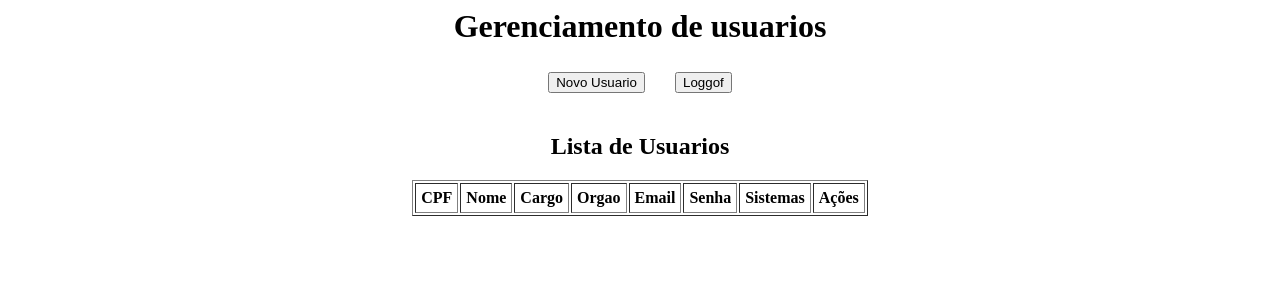
Repository: MarceloLopes22/DesafioInvia
Page: http://localhost/desafioInvia/usuarios.jsp
The author's editor kept a copy of each file at every save. The page is drawn from the files as they stood at one save, then again after the next save.
The browser window is 1280 px wide. The pictures show the whole page.
Some web libraries are served in a nearby version. The page is served by Tomcat 9. Other server files are loaded and not shown. The template is opened directly, without the code that normally fills it, so the values that code supplies are empty.

Above is the page before, as saved 2020-03-31 04:00:36.

### workspace/desafioInvia/src/main/webapp/usuarios.jsp
<%@ page language="java" contentType="text/html; charset=UTF-8" pageEncoding="UTF-8"%>
<%@ taglib uri="http://java.sun.com/jsp/jstl/core" prefix="c"%>
<html>
<head>
<script	src="//ajax.googleapis.com/ajax/libs/jquery/1.11.0/jquery.min.js"></script>
<meta charset="utf-8">
<script type="text/javascript" src="usuario.js"></script>
<title>Lista de Usuarios</title>
</head>
<body>
	<div id="formLista">
		<form>
			<div align="center">
				<h1>Gerenciamento de usuarios</h1>
				<h2>
					<button id="novo" name="novo" onclick="novo()">Novo Usuario</button>&nbsp;&nbsp;&nbsp;&nbsp;
					<button type="submit" id="loggof" name="loggof" onclick="loggof()">Loggof</button>
				</h2>
			</div>
			<div align="center">
				<table border="1" cellpadding="5">
					<caption>
						<h2>Lista de Usuarios</h2>
					</caption>
					<tr>
						<th>CPF</th>
						<th>Nome</th>
						<th>Cargo</th>
						<th>Orgao</th>
						<th>Email</th>
						<th>Senha</th>
						<th>Sistemas</th>
						<th>Ações</th>
					</tr>
					<c:forEach var="u" items="${usuarios}">
						<tr>
							<td>
								<c:out value="${u.cpf}" />
							</td>
							<td><c:out value="${u.nome}" /></td>
							<td><c:out value="${u.cargo.descricao}" /></td>
							<td><c:out value="${u.orgao.nome}" /></td>
							<td><c:out value="${u.email}" /></td>
							<td><c:out value="${u.senha}" /></td>
							<td>
						        <c:forEach var="i" items= "${u.sistemas}">
						            <c:out value="${i.nome}"> &nbsp;&nbsp;</c:out>
						        </c:forEach>
					        </td>
							<td>
								<button id="alterar" name="alterar" onclick="alterar(${u.cpf})">Editar</button>&nbsp;&nbsp;&nbsp;&nbsp;
								<button id="deletar" name="deletar" onclick="apagar(${u.cpf})">Apagar</button>
							</td>
						</tr>
					</c:forEach>
				</table>
			</div>
		</form>
	</div>
</body>
</html>
<!--
<html><!-- <input type="submit" name="delete" formmethod="DELETE" formaction="request.getContextPath()/UsuarioViewServelet?cpf=${u.cpf}/>" value="Apagar"/>
<head>
<title>Lista de Usuarios</title>
</head>
<body>
	<div id="formLista">
		<form>
			<div align="center">
				<h1>Gerenciamento de usuarios</h1>
				<h2>
					<button type="submit" onclick="novo()">Novo Usuario</button> &nbsp;&nbsp;&nbsp;
					<button type="submit" onclick="listar()">Lista de Usuarios</button>
				</h2>
			</div>
			<div align="center">
				<table border="1" cellpadding="5">
					<caption>
						<h2>Lista de Usuarios</h2>
					</caption>
					<tr>
						<th>CPF</th>
						<th>Nome</th>
						<th>Cargo</th>
						<th>Orgao</th>
						<th>Email</th>
						<th>Senha</th>
						<th>Sistemas</th>
						<th>Ações</th>
					</tr>
					<c:forEach var="u" items="${usuarios}">
						<tr>
							<td>
								<c:out value="${u.cpf}" />
							</td>
							<td><c:out value="${u.nome}" /></td>
							<td><c:out value="${u.cargo.descricao}" /></td>
							<td><c:out value="${u.orgao.nome}" /></td>
							<td><c:out value="${u.email}" /></td>
							<td><c:out value="${u.senha}" /></td>
							<td>
						        <c:forEach var="i" items= "${u.sistemas}">
						            <c:out value="${i.nome}"> &nbsp;&nbsp;</c:out>
						        </c:forEach>
					        </td>
							<td>
								<button type="submit" id="editar" name="editar" onclick="editar(${u.cpf.toString()})">Editar</button>&nbsp;&nbsp;&nbsp;&nbsp;
								<button type="submit" id="deletar" name="deletar" onclick="apagar(${u.cpf.toString()})">Apagar</button>
							</td>
						</tr>
					</c:forEach>
				</table>
			</div>
		</form>
	</div>
</body>
</html> -->

<!-- <div id="formLista">
		<form>
			<div align="center">
				<h1>Gerenciamento de usuarios</h1>
				<h2>
					<input type="submit" name="novo" formmethod="get" formaction="request.getContextPath()%>/UsuarioViewServelet?listar=${false}" value="Novo Usuario"/>&nbsp;&nbsp;&nbsp;
					<input type="submit" name="listar" formmethod="get" formaction="request.getContextPath()%>/UsuarioViewServelet?listar=${true}" value="Lista de Usuarios">
				</h2>
			</div>
			<div align="center">
				<table border="1" cellpadding="5">
					<caption>
						<h2>Lista de Usuarios</h2>
					</caption>
					<tr>
						<th>CPF</th>
						<th>Nome</th>
						<th>Cargo</th>
						<th>Orgao</th>
						<th>Email</th>
						<th>Senha</th>
						<th>Sistemas</th>
						<th>Ações</th>
					</tr>
					<c:forEach var="u" items="${usuarios}" varStatus="e">
						<tr>
							<input type="hidden" id="posicao" name="posicao" value="${e.index}"/>

							<td>
								<span id="cpf" name="cpf"><c:out value="${u.cpf}" /></span>
							</td>
							<td>
								<span id="nome" name="nome"><c:out value="${u.nome}" /></span>
							</td>

							<td>
								<span id="descricao" name="descricao"><c:out value="${u.cargo.descricao}" /></span>
							</td>

							<td>
								<span id="nomeOrgao" name="nomeOrgao"><c:out value="${u.orgao.nome}" /></span>
							</td>

							<td>
								<span id="email" name="email"><c:out value="${u.email}" /></span>
							</td>

							<td>
								<span id="senha" name="senha"><c:out value="${u.senha}" /></span>
							</td>

							<td>
						        <c:forEach var="i" items= "${u.sistemas}">
						            <span id="nomeSistema" name="nomeSistema"><c:out value="${i.nome}"> &nbsp;&nbsp;</c:out></span>
						        </c:forEach>
					        </td>
							<td>
								<input type="submit" name="editar" formmethod="PUT" formaction="request.getContextPath()%>/UsuarioViewServelet?cpf=${u.cpf}" value="Editar"/>&nbsp;&nbsp;&nbsp;&nbsp;
								<input type="submit" name="editar" formmethod="DELETE" formaction="request.getContextPath()%>/UsuarioViewServelet?cpf=${u.cpf}&acao=deletar" value="Editar"/>&nbsp;&nbsp;&nbsp;&nbsp;
							</td>
						</tr>
					</c:forEach>
				</table>
			</div>
		</form>

	</div> -->

### workspace/desafioInvia/src/main/webapp/usuario.js
const URL_LOGIN = 'http://localhost:8080/desafioInvia/LoginViewServlet';
const URL_USUARIO = 'http://localhost:8080/desafioInvia/UsuarioViewServelet';

function login(){
	jQuery.ajax({
		type: "POST",
		async: false,
		url: URL_LOGIN,
		data:  {
			"email" : document.getElementById("email").value,
			"senha" : document.getElementById("senha").value
		},
		success: function (dados) {
			var formLista = document.getElementById("formLogin");
			formLista.innerHTML = dados;
		},
		error: function (err){
			alert(err.responseText);
		}
	});
}

function novo(){
	jQuery.ajax({
		type: "GET",
		async: false,
		url: URL_USUARIO,
		data:  {
			"acao" : "acessarPagIncluir"
		},
		success: function (dados) {
			var formLista = document.getElementById("formLista");
			formLista.innerHTML = dados;
		},
		error: function (err){
			alert(err.responseText);
		}
	});
}

function alterar(cpf){
	jQuery.ajax({
		type: "GET",
		async: false,
		url: URL_USUARIO,
		data:  {
			"acao": "acessarPagAlterar",
			"cpf" : cpf
		},
		success: function (dados) {
			var formLista = document.getElementById("formLista");
			formLista.innerHTML = dados;
		},
		error: function (err){
			alert(err.responseText);
		}
	});
}

function incluir(){

	//var sistemas = $('#sistemas').val();

	var selecionados = document.getElementById("sistemas").selectedOptions
	var valores = [];
	for(i = 0; i < selecionados.length; i++){
		valores.push(selecionados[i].value);
	}

	//var valores = selecionados.map(i --> i.value);
	//var optsArray = Array.prototype.slice.call(selecionados);
	jQuery.ajax({
		type: "POST",
		async: false,
		url: URL_USUARIO,
		data:  {
			"acao" : "incluir",
			"cpf" : document.getElementById("cpf").value,
			"nome" : document.getElementById("nome").value,
			"email" : document.getElementById("email").value,
			"senha" : document.getElementById("senha").value,
			"cargo" : document.getElementById("cargo").value,
			"orgao" : document.getElementById("orgao").value,
			valores : valores
		},
		success: function (dados) {
			var formLista = document.getElementById("formLista");
			formLista.innerHTML = dados;
		},
		error: function (err){
			alert(err.responseText);
		}
	});
}

function loggof(){
	jQuery.ajax({
		type: "PUT",
		async: false,
		url: URL_LOGIN,
		success: function (dados) {
			var formLista = document.getElementById("formLista");
			formLista.innerHTML = dados;
		},
		error: function (err){
			alert(err.responseText);
		}
	});
}

function editar(cpf){
	jQuery.ajax({
		type: "POST",
		async: false,
		url: URL_LOGIN,
		data:  {
			"email" : document.getElementById("email").value,
			"senha" : document.getElementById("senha").value
		},
		success: function (dados) {
			var formLista = document.getElementById("formLogin");
			formLista.innerHTML = dados;
		},
		error: function (err){
			alert(err.responseText);
		}
	});
}

function apagar(cpf){
	jQuery.ajax({
		type: "DELETE",
		async: false,
		url: URL_USUARIO,
		data: {
			"cpf" : cpf
		},
		success: function (dados) {
			var formLista = document.getElementById("formLista");
			formLista.innerHTML = dados;
		},
		error: function (err){
			alert(err.responseText);
		}
	});
}
/*
function xpto1(){
	var email = document.getElementById("email").value;
    var senha = document.getElementById("senha").value;
	var retorno = $.post("http://localhost:8080/desafioInvia/LoginViewServlet",
			{ email: email, senha: senha});

	retorno.fail(function(error) {
	    console.log(error);
	 });

	retorno.done(function(data) {
		 //result.innerHTML = data;
		 console.log(data);
		});
}
function xpto2() {
	jQuery.ajax({
		type : "POST",
		url : "http://localhost:8080/desafioInvia/LoginViewServlet",
		async : false,
		data : {
			"email" : document.getElementById("email").value,
			"senha" : document.getElementById("senha").value
		},
		success : function(dados) {
			if (dados) {
				alert(dados);
			}
		}
	});
}

function xpto(){
	//Creating a new XMLHttpRequest object
    var xmlhttp;
    if (window.XMLHttpRequest){
        xmlhttp = new XMLHttpRequest(); //for IE7+, Firefox, Chrome, Opera, Safari
    } else {
        xmlhttp = new ActiveXObject("Microsoft.XMLHTTP"); //for IE6, IE5
    }
    //Create a asynchronous GET request
    xmlhttp.open("POST", 'http://localhost:8080/desafioInvia/LoginViewServlet', false);
    var email = document.getElementById("email").value;
    var senha = document.getElementById("senha").value;
    xmlhttp.send("email="+email+"&"+"senha="+senha);

    //Execution blocked till server send the response
    if (xmlhttp.readyState == 4) {
        if (xmlhttp.status == 200)
        {
            document.getElementById("message").innerHTML = xmlhttp.responseText;
        }
        else
        {
            alert('Something is wrong !!');
        }
    }
}

var request;

$("#login").submit(function(event) {

    // abort any pending request
    if (request) {
        request.abort();
    }

  event.preventDefault();

   $("#result").html('');

   var values = $(this).serialize();

  request =$.ajax({
      url: "http://localhost:8080/desafioInvia/LoginViewServlet",
      type: "post",
      data: {
			email : $("#email").val(),
			senha : $("#senha").val()
		},
      success: function(){
           $("#result").html('submitted successfully');
      },
      error:function(){
          $("#result").html('there is error while submit');
      }
  });
});

function login(){
	$.ajax({
		url : 'http://localhost:8080/desafioInvia/LoginViewServlet',
		type : 'POST',
		data : {
			email : $("#email").val(),
			senha : $("#senha").val()
		}, success : function (response, text) {
			alert(response);
		},error : function (request, status, error) {
			$("#erro").val(request.responseText);
			alert(request.responseText);
		}
	}).fail(function() {
	   $("#erro").val(request.responseText);
	   alert(request.responseText);
	});
}*/

After the next save:
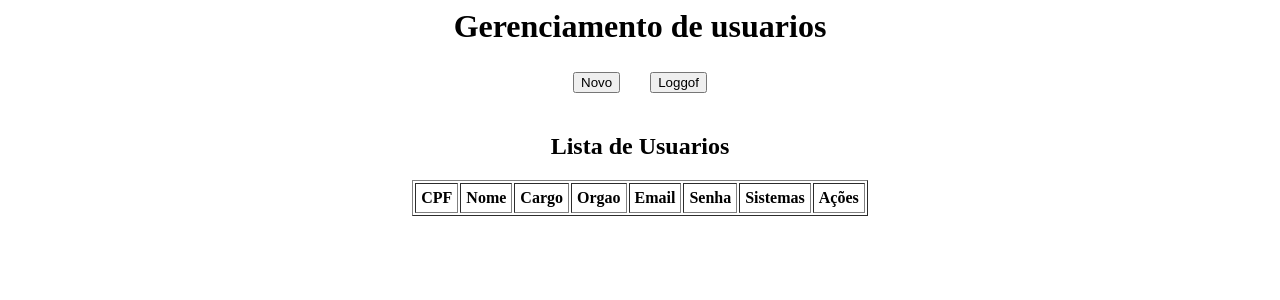
Saved 63 s later.
--- a/workspace/desafioInvia/src/main/webapp/usuarios.jsp
+++ b/workspace/desafioInvia/src/main/webapp/usuarios.jsp
@@ -13,7 +13,7 @@
 			<div align="center">
 				<h1>Gerenciamento de usuarios</h1>
 				<h2>
-					<button id="novo" name="novo" onclick="novo()">Novo Usuario</button>&nbsp;&nbsp;&nbsp;&nbsp;
+					<button id="novo" name="novo" onclick="novo()">Novo</button>&nbsp;&nbsp;&nbsp;&nbsp;
 					<button type="submit" id="loggof" name="loggof" onclick="loggof()">Loggof</button>
 				</h2>
 			</div>
